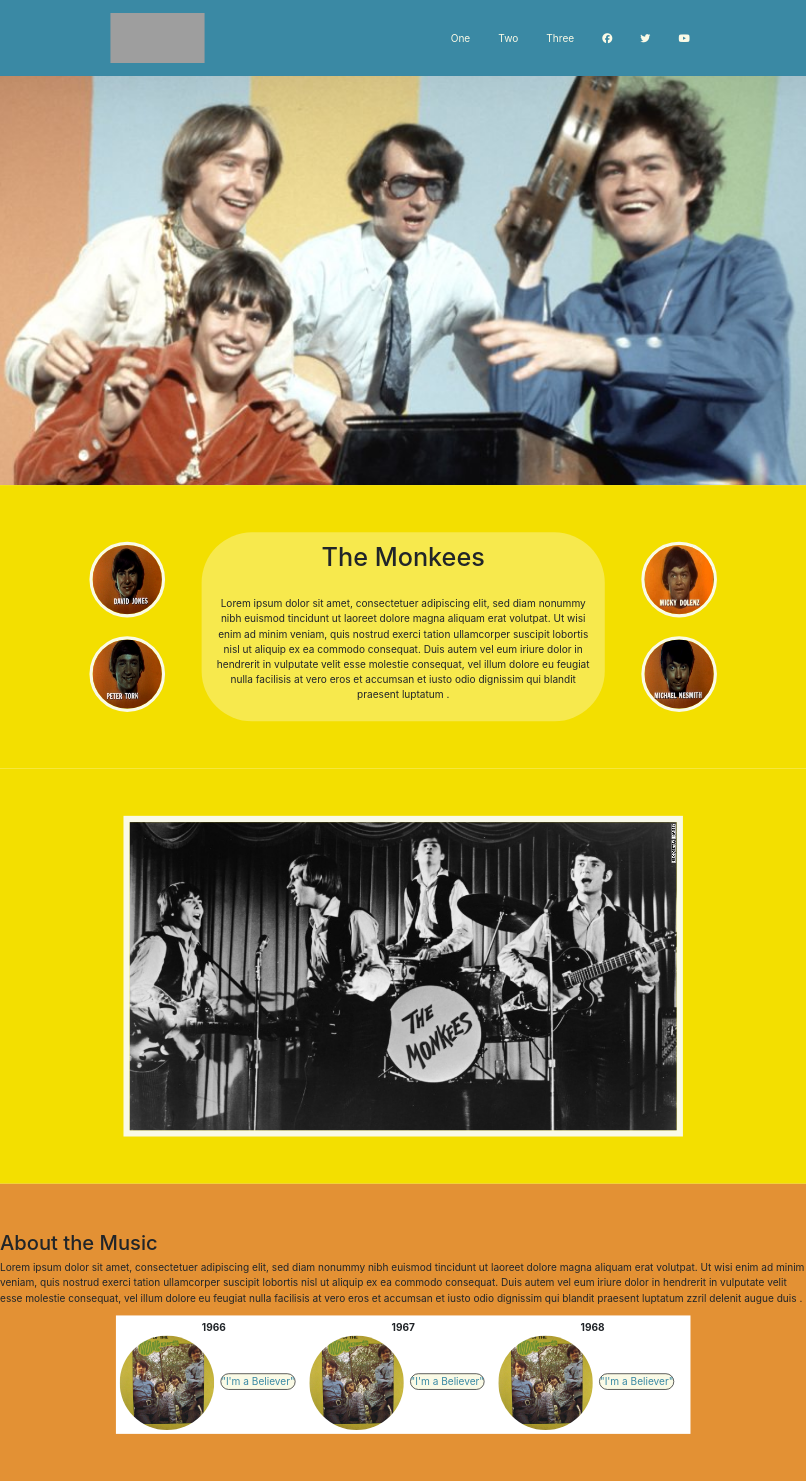
Repository: stu1612/Milestone-Project-Stu-Bolderson
Page: mock-header/mh.html
The author's editor kept a record of every edit. The page is drawn from the files as they stood at one moment, then again after the next edit.
The browser window is 1280 px wide. The pictures show the whole page, at 63% of full size.
Pictures or frames that could not be fetched are drawn as grey boxes. Some web libraries are served in a nearby version.

Above is the page before.

### mock-header/mh.html
<!DOCTYPE html>
<html lang="en">

<head>
    <meta charset="UTF-8">
    <meta name="viewport" content="width=device-width, initial-scale=1.0">
    <meta http-equiv="X-UA-Compatible" content="ie=edge">
    <link rel="stylesheet" href="https://maxcdn.bootstrapcdn.com/bootstrap/4.3.1/css/bootstrap.min.css" type="text/css" />
    <link rel="stylesheet" href="https://maxcdn.bootstrapcdn.com/font-awesome/4.7.0/css/font-awesome.min.css" type="text/css" />
    <link rel="stylesheet" href="https://cdnjs.cloudflare.com/ajax/libs/hover.css/2.1.1/css/hover-min.css" type="text/css" />
    <script src="https://kit.fontawesome.com/67768a2f6d.js"></script>
    <link rel="stylesheet" href="mhs.css" type="text/css" />
    <title>The Monkees | Official Fans Site</title>
</head>

<body>


    <!-- ****************** Navigation ************************ -->

    <div class="header">
        <img src="../assets/images/monkees-logo.png" class="logo-img"></img>
        <nav class="desktop-nav">
            <ul>
                <li><a href="#">One</a></li>
                <li><a href="#">Two</a></li>
                <li><a href="#">Three</a></li>
                <li><a href="#"><i class="fab fa-facebook"></i></a></li>
                <li><a href="#"><i class="fab fa-twitter"></i></a></li>
                <li><a href="#"><i class="fab fa-youtube"></i></a></li>
            </ul>
        </nav>
        <div class="dropdown-nav">
          <button class="dropbtn-nav"><i class="fas fa-chevron-down"></i></button>
          <div class="dropdown-content-nav">
            <a href="#">Link 1</a>
            <a href="#">Link 2</a>
            <a href="#">Link 3</a>
          </div>
        </div>
    </div>


    <!-- *************************************** image banner ********************** -->
    <main>
        <section>

            <div class="banner-image" class="img-responsive"></div>

        </section>

    <!-- *************************************** about section ********************** -->

        <section class="about">

            <div class="background about">
                <div class="container box-side left">
                    <img src="../assets/images/Jones.jpg"></img>
                    <img src="../assets/images/Tork.jpg"></img>
                </div>
                <div class="container box-center">
                    <h1>The Monkees</h1>
                        <p>Lorem ipsum dolor sit amet, consectetuer adipiscing elit,
                        sed diam nonummy nibh euismod tincidunt ut laoreet dolore
                        magna aliquam erat volutpat. Ut wisi enim ad minim veniam,
                        quis nostrud exerci tation ullamcorper suscipit lobortis nisl
                        ut aliquip ex ea commodo consequat. Duis autem vel eum iriure
                        dolor in hendrerit in vulputate velit esse molestie consequat,
                        vel illum dolore eu feugiat nulla facilisis at vero eros et
                        accumsan et iusto odio dignissim qui blandit praesent luptatum
                        .</p>
                </div>
                <div class="container box-side right">
                    <img src="../assets/images/mickey.jpg"></img>
                    <img src="../assets/images/Nesmith.jpg"></img>
                </div>
            <!-- end of div -->
            </div>
            <div class="background about">
                <div class="container image-box">
                    <img src="../assets/images/monkees.jpg">
                </div>
            <!-- end of div -->
            </div>

        </section>

        <!-- *************************************** music section ********************** -->

        <section class="music">

            <div class="background music">
                <div class="music-table-text">
                <h2> About the Music</h2>
                <p>Lorem ipsum dolor sit amet, consectetuer adipiscing elit, sed diam nonummy nibh euismod tincidunt ut laoreet dolore magna aliquam erat volutpat. Ut wisi enim ad minim veniam, quis nostrud exerci tation ullamcorper suscipit lobortis nisl ut aliquip ex
                    ea commodo consequat. Duis autem vel eum iriure dolor in hendrerit in vulputate velit esse molestie consequat, vel illum dolore eu feugiat nulla facilisis at vero eros et accumsan et iusto odio dignissim qui blandit praesent luptatum zzril delenit
                    augue duis .
                </p>
                </div>
                <div class="music-table">
                <table>
                    <tr>
                        <th>1966</th>
                        <th>1967</th>
                        <th>1968</th>
                    </tr>
                    <tr>
                        <td class="music-col">
                            <img src="../assets/images/more_of_monkees.jpg" class="pull-left" title="More of the Monkees" alt="Monkees album cover image"></img>
                                <a class="album-song" href="https://www.youtube.com/watch?v=W83InivbUSQ" target="_blank"> "I'm a Believer"</href>
                        </td>
                        <td class="music-col">
                            <img src="../assets/images/more_of_monkees.jpg" class="pull-left" title="More of the Monkees" alt="Monkees album cover image"></img>
                                <a class="album-song" href="https://www.youtube.com/watch?v=W83InivbUSQ" target="_blank"> "I'm a Believer"</href>
                        </td>
                        <td class="music-col">
                            <img src="../assets/images/more_of_monkees.jpg" class="pull-left" title="More of the Monkees" alt="Monkees album cover image"></img>
                                <a class="album-song" href="https://www.youtube.com/watch?v=W83InivbUSQ" target="_blank"> "I'm a Believer"</href>
                        </td>
                    </tr>
                </table>
                </div>
              <!-- end of div -->
            </div>

        </section>

    </main>

    <script src="https://ajax.googleapis.com/ajax/libs/jquery/3.4.0/jquery.min.js"></script>
    <script src="https://cdnjs.cloudflare.com/ajax/libs/popper.js/1.14.7/umd/popper.min.js"></script>
    <script src="https://maxcdn.bootstrapcdn.com/bootstrap/4.3.1/js/bootstrap.min.js"></script>
</body>

</html>

### mock-header/mhs.css
/* Color styling schemes

blue - #3a89a4
yellow - #f3df00
white - #fafae6
orange - #e39134
light red - #d92b39
red - #d72235
red/orange - #bb3928

*/

/*------------------------------- Universal ----------------------------------*/




/*---------------------------------- NAVBAR ----------------------------------*/

.logo-img {
    width:150px;
    height:80px;
    margin:20px;
    cursor:pointer;
}

.header {
    display: flex;
    justify-content: space-around;
    background-color: #3a89a4;
    position: fixed;
    top: 0;
    width: 100%;
    overflow: hidden;
    z-index: 1;
}

nav {
    margin:auto 0;
    padding-left:10px;
}

nav ul li {
    display:inline-block;
    margin: 15px 20px 0 0;
    align-items:center;
    padding:10px;
    cursor:pointer;
}

nav ul li a {
    color:#fafae6;
    text-decoration:none!important;
}

nav ul li a:hover {
    color:#f3df00;
}


/*------------- Navbar section - mobile resolution -----------*/

.dropbtn-nav {
    background-color: #3a89a4;
    color: #fafae6;
    padding: 16px;
    font-size: 16px;
    border: none;
    cursor: pointer;
}

.dropdown-nav {
    position: relative;
    display: inline-block;
    margin: auto;
}

.dropdown-content-nav {
    display: none;
    background-color: #3a89a4;
    width:auto;
    z-index: 1;
}

.dropdown-content-nav a {
    color: #fafae6;
    padding: 12px 16px;
    text-decoration: none;
    display: block;
}

.dropdown-content-nav a:hover {
    color:#f3df00;
}

.dropdown-nav:hover .dropdown-content-nav {
    display: block;
}

.dropdown-nav:hover .dropbtn-nav {
    background-color: #3a89a4;
}

/*------------------------------ main banner image -------------*/

.banner-image {
    background-image: url("../assets/images/cover4.jpg");
    background-size:cover;
    background-position: center;
    background-repeat: no-repeat;
    margin-top:120px;
    max-width:100%;
    height:650px;
}

/*------------------------------ about the monkees-------------*/

/*----- top section-----------*/

.background.about {
    display:flex;
    background-color: #f3df00;
    background-size:cover;
    width:100%;
    height:auto;
    padding:75px 0;

}

.box-side {
    display: flex;
    flex-direction: column;
    height: 300px;
    width: 20%;
    justify-content: space-around;
}

.left {
    align-items:flex-end;
}

.right {
    align-items:flex-start;
}

.box-side img {
    height:120px;
    width:120px;
    border-radius:50%;
    border:5px solid #fafae6;
}

.box-center {
    display:flex;
    flex-direction:column;
    height:300px;
    width:50%;
    text-align:center;
    justify-content: space-around;
    background-color: rgba(255, 255, 255, 0.3);
    border-radius:5rem;
}


/*------------------- bottom section (band images) -------------*/

.image-box img {
    display:block;
    height:auto;
    width:80%;
    margin:0 auto;
    border:10px solid #fafae6;
}

/*------------------------------ about the music-------------*/

.background.music {
    display:flex;
    flex-direction:column;
    background-color: #e39134;
    background-size:cover;
    width:100%;
    height:auto;
    padding:75px 0;
}

.music-table {
    display:block;
    margin:auto;
    background-color:white;
    padding:5px;
}

td a {
    display:inline-block;
    margin-top:20%;
    margin-right:20px;
}

.album-song {
    text-decoration:none;
    color:#3a89a4;
    border:1px solid black;
    background-color:#fafae6;
    border-radius:5rem;
    margin-left:10px
}

a {
    text-decoration:none;
}

.pull-left {
    height:150px;
    width:150px;
    border-radius:50%;
}

tr {
    text-align:center;
}


/*------------------------------- Media Queries --------------------*/

@media screen and (max-width: 1024px) {
    .banner-image {
        height:550px;
    }
}

@media screen and (max-width:768px) {
    .banner-image {
        height:450px;
    }
    .background.about {
        display:flex;
        flex-direction:column;
        height:auto;
        padding:20px 10px 5px 10px;
    }
    .box-side {
        display:none;
    }
    .box-center {
        width:100%;
        height:auto
    }

    .image-box img {
        width:100%;
    }
}


@media screen and (min-width:681px) {
    .dropdown-nav {
        display:none;
    }
}

@media screen and (max-width:680px) {
    .header {
        justify-content:center;
        display:grid;
    }

    .image-main {
        margin-top:170px;
    }

    .desktop-nav {
        display:none;
    }
}

@media screen and (max-width:500px) {
    .banner-image {
        height:250px;
        margin-top:160px;
    }
}

After the next edit:
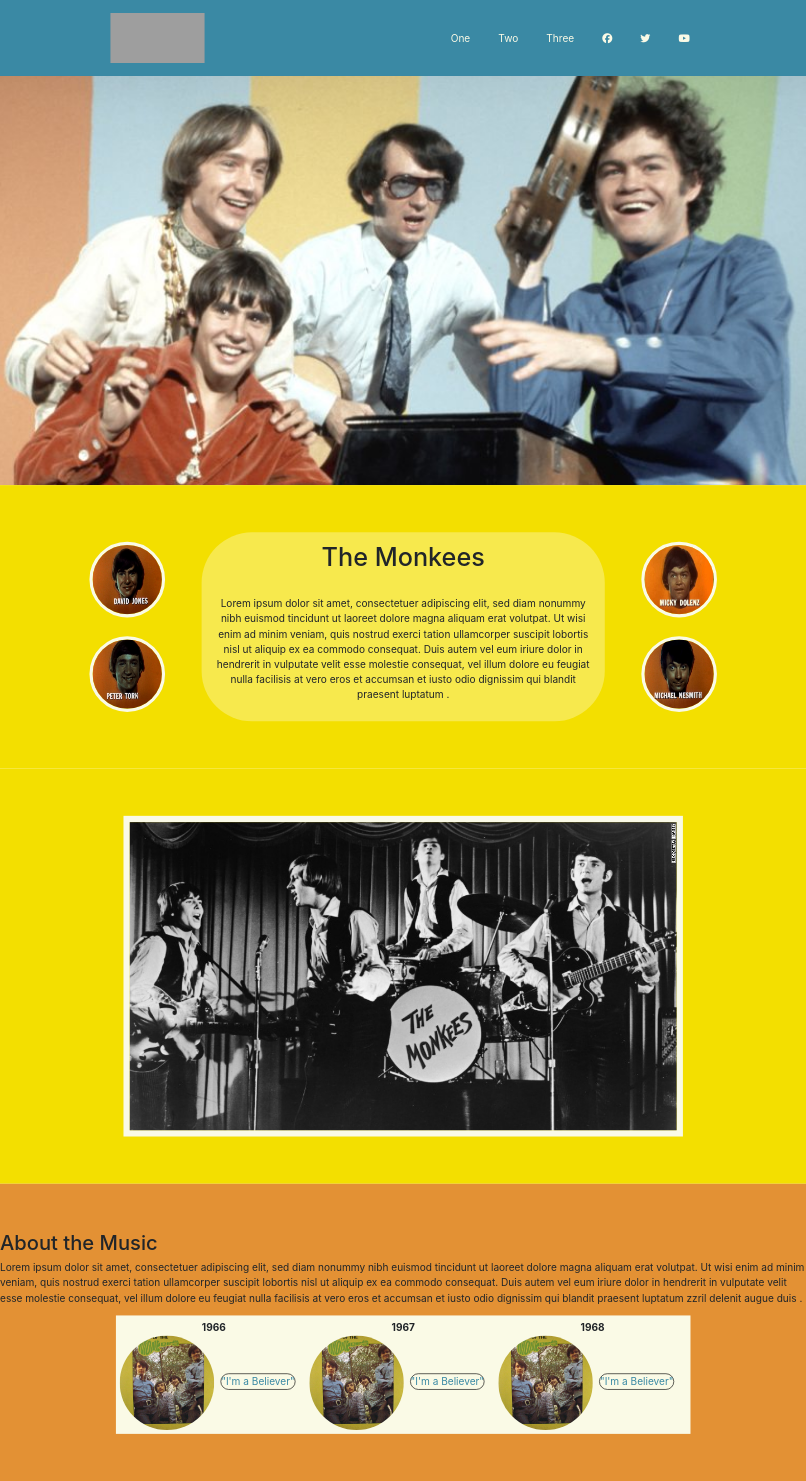
The edit:
--- a/mock-header/mhs.css
+++ b/mock-header/mhs.css
@@ -187,7 +187,7 @@
 .music-table {
     display:block;
     margin:auto;
-    background-color:white;
+    background-color:#fafae6;
     padding:5px;
 }
 
